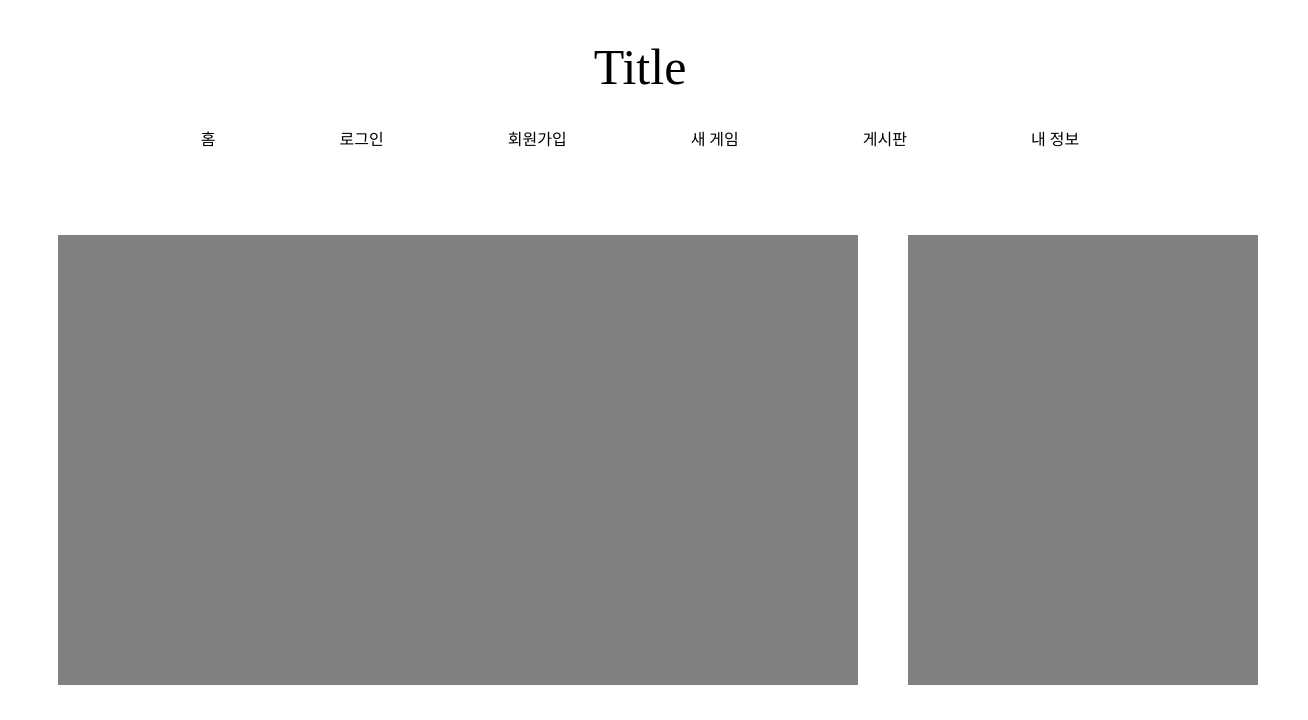
Repository: jemin7709/InP_Final
Page: 기말프로젝트/WebContent/main(unlogin).html
An editor plug-in stored every save of this project. The page is shown before and after the next save, followed by the edit.
The browser window is 1280 px wide. The page is 1308 px wide, so the pictures cover 1308 px, including what lies to the right of the window. The pictures show the whole page.

Above is the page before, as saved 2021-05-19 14:29:18.

### 기말프로젝트/WebContent/main(unlogin).html
<!DOCTYPE html>
<html>
<head>
<meta charset="UTF-8">
<title>Insert title here</title>
<link href="main.css" type="text/css" rel="stylesheet">

</head>
<body>
	<!--타이틀-->
	<div id="title">Title</div>
	<!--메뉴바-->
	<div id="menu">
		<ul id="menubar">
			<li><a>홈</a></li>
			<li><a>로그인</a></li>
			<li><a>회원가입</a></li>
			<li><a>새 게임</a></li>
			<li><a>게시판</a></li>
			<li><a>내 정보</a></li>
		</ul>
		<input id="admin" type="button" value="관리자 페이지">
	</div>
	<!--메인페이지-->
	<div id="mainpage">
		<div id="mainleft"></div>
		<div id="mainright"></div>
	</div>
</body>
</html>

### 기말프로젝트/WebContent/main.css
@charset "UTF-8";

body{
	overflow: auto;
	min-width: 1200px
	margin: 0 auto;
	text-align: center;
}

#title {
	width: 1200px;
	padding-top: 30px;
	padding-bottom: 30px;
	font-size: 50px;
	margin: 0 auto;
}

#menubar{
	list-style-type: none;
	width:1200px;
    margin: 0;
    padding: 0;
	text-align: center;
	margin: 0 auto;
}

#menubar > li{
	height: 20px;
    padding-left: 60px;
    padding-right:60px;
	display: inline;
}

#menuber>li>a{
	font-size: 10;
}
#admin{
	position: relative;
	top: 5px;
	right: 1100px;

}


#mainpage{
    width: 1200px;
	padding: 50px;
	padding-top: 60px;
	margin: 0 auto;
}
#mainleft{
	float: left;
	width: 800px;
	height:450px;
	background-color: gray;
}
#mainright{
	float: right;
	width: 350px;
	height:450px;
	background-color: gray;
}

After the next save:
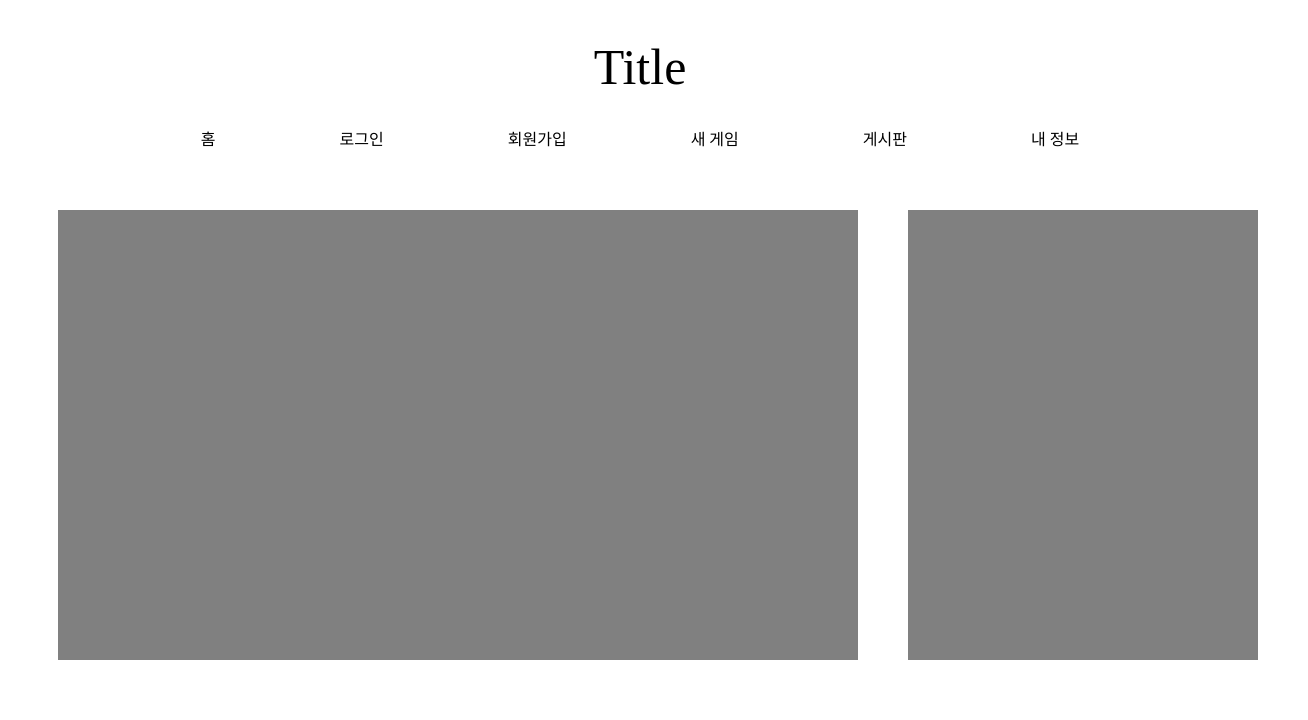
Saved 40 s later.
--- a/기말프로젝트/WebContent/main(unlogin).html
+++ b/기말프로젝트/WebContent/main(unlogin).html
@@ -19,12 +19,12 @@
 			<li><a>게시판</a></li>
 			<li><a>내 정보</a></li>
 		</ul>
-		<input id="admin" type="button" value="관리자 페이지">
 	</div>
 	<!--메인페이지-->
 	<div id="mainpage">
 		<div id="mainleft"></div>
 		<div id="mainright"></div>
 	</div>
+	<input id="admin" type="button" value="관리자 페이지">
 </body>
 </html>
